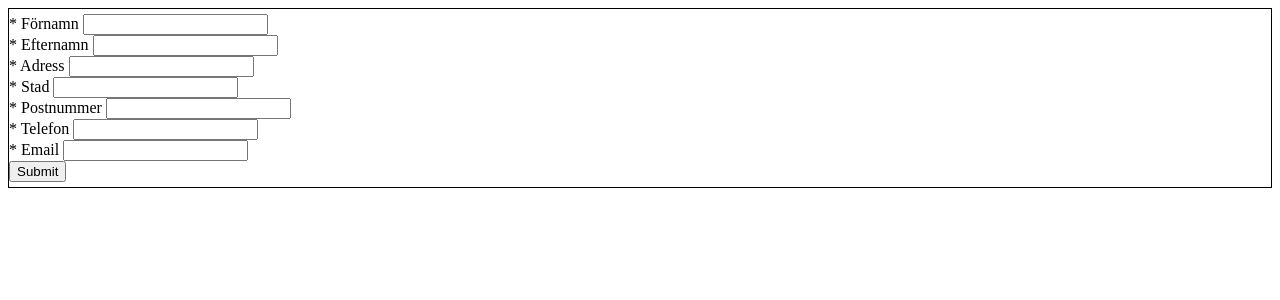
Repository: la222tc/1DV404_HT14_D_4_la222tc
Page: Iteration 1/index.html
The author's editor kept a record of every edit. The page is drawn from the files as they stood at one moment, then again after the next edit.
The browser window is 1280 px wide. The pictures show the whole page.

Above is the page before.

### Iteration 1/index.html
<!DOCTYPE html>
<html lang="sv">
    <head>
        <meta charset="UTF-8">
        <title></title>
       <link rel="stylesheet" href="style.css" type="text/css" />
    </head>
        <body>
            <div id="content">
                <form id="regForm">

                    <label id="labelfName">* Förnamn </label><input type="text" name="fName" id="fName" />
                    <br>
                    <label id="labellName">* Efternamn </label><input type="text" name="lName" id="lName"/>
                    <br>
                    <label id="labeladress">* Adress </label><input type="text" name="Adress" id="adress" />
                    <br>
                    <label id="labelcity">* Stad </label><input type="text" name="Stad" id="city" />
                    <br>
                    <label id="labelzipcode">* Postnummer </label><input type="text" name="Postnummer" id="zipcode" />
                    <br>
                    <label id="labelphone">* Telefon </label><input type="text" name="Telefon" id="phone" />
                    <br>
                    <label id="labelemail">* Email </label><input type="text" name="Email" id="email" />
                    <br>
                    <input type="submit" value="Submit" id="Submit" />
                </form>

            </div>

            <script type="text/javascript" src="js/Main.js"></script>
            <script type="text/javascript" src="js/Registration.js"></script>
            <script type="text/javascript" src="js/Validator.js"></script>
            <script type="text/javascript" src="js/test.js"></script>
        </body>
</html>

### Iteration 1/style.css
#regForm {
    border:1px solid black;
    padding-top:5px;
    padding-bottom:5px;
}

### Iteration 1/js/Main.js
"use strict";


var Main = {

    init:function () {

    }
};

window.onload = Main.init;

### Iteration 1/js/Registration.js
"use strict";


var Registration = {

    submit: document.getElementById("Submit"),

    init:function () {

        Registration.submit.addEventListener("click", function (e) {
            e.preventDefault();
            Registration.validateInput();
        });
    },

    validateInput:function () {

        var firstName = document.getElementById("fName");
        Validator.validateFirstName(firstName.value);

        var lastName = document.getElementById("lName");
        Validator.validateLastName(lastName.value);

        var adress = document.getElementById("adress");
        Validator.validateAdress(adress.value);

        var city = document.getElementById("city");
        Validator.validateCity(city.value);

        var zipcode = document.getElementById("zipcode");
        Validator.validateZipcode(zipcode.value);

        var phone = document.getElementById("phone");
        Validator.validatePhone(phone.value);

        var email = document.getElementById("email");
        Validator.validateEmail(email.value);

    }


};

### Iteration 1/js/Validator.js
"use strict";


var Validator = {


    validateFirstName: function (Name) {
        var labelfName = document.getElementById("labelfName");

        var regex = /^[a-zA-Z ]{2,30}$/;

        if (regex.test(Name)) {
            labelfName.style.color = "green";
            labelfName.innerHTML = "* Förnamn ";
            console.log("Förnamn Rätt");
        }

        else {
             labelfName.style.color = "red"
             labelfName.innerHTML = "* Förnamn (Måste innehålla 2-30 bokstäver!)"
            console.log("Förnamn Fel!");
        }
    },

    validateLastName: function (Name) {
        var labellName = document.getElementById("labellName");

        var regex = /^[a-zA-Z ]{2,30}$/;

        if (regex.test(Name)) {
            labellName.style.color = "green";
            labellName.innerHTML = "* Efternamn ";
            console.log("Efternamn Rätt");
        }

        else {
             labellName.style.color = "red";
             labellName.innerHTML = "* Efternamn (Måste innehålla 2-30 bokstäver!)";
             console.log("Efternamn Fel!");
        }
    },

    validateAdress: function (Adress) {
        var labeladress = document.getElementById("labeladress");

        var regex = /^[a-zA-Z0-9 ]{2,50}$/;

        if (regex.test(Adress)) {
            labeladress.style.color = "green";
            labeladress.innerHTML = "* Adress ";
            console.log("Adress Rätt");
        }

        else {
             labeladress.style.color = "red";
             labeladress.innerHTML = "* Adress (Måste innehålla 2-50 bokstäver eller siffror!)";
             console.log("Adress Fel!");
        }
    },

    validateCity: function (City) {
        var labelcity = document.getElementById("labelcity");

        var regex = /^[a-zA-Z ]{2,30}$/;

        if (regex.test(City)) {
            labelcity.style.color = "green";
            labelcity.innerHTML = "* Stad ";
            console.log("Stad Rätt");
        }

        else {
             labelcity.style.color = "red";
             labelcity.innerHTML = "* Stad (Måste innehålla 2-30 bokstäver!)";
             console.log("Stad Fel!");
        }
    },

    validateZipcode: function (Zipcode) {
        var labelzipcode = document.getElementById("labelzipcode");

        var regex = /^[0-9 ]{5}$/;

        if (regex.test(Zipcode)) {
            labelzipcode.style.color = "green";
            labelzipcode.innerHTML = "* Postnummer ";
            console.log("Postnummer Rätt");
        }

        else {
             labelzipcode.style.color = "red";
             labelzipcode.innerHTML = "* Postnummer (Måste innehålla 5 siffror!)";
             console.log("Postnummer Fel!");
        }
    },

    validatePhone: function (Phone) {
        var labelphone = document.getElementById("labelphone");

        var regex = /^[0-9 ]{9,20}$/;

        if (regex.test(Phone)) {
            labelphone.style.color = "green";
            labelphone.innerHTML = "* Telefon ";
            console.log("Telefon Rätt");
        }

        else {
             labelphone.style.color = "red";
             labelphone.innerHTML = "* Telefon (Måste innehålla minst 9 siffror!)";
             console.log("Telefon Fel!");
        }
    },

    validateEmail: function (Email) {
        var labelemail = document.getElementById("labelemail");

        var regex = /^[_a-z0-9-]+(\.[_a-z0-9-]+)*@[a-z0-9-]+(\.[a-z0-9-]+)*(\.[a-z]{2,4})$/;

        if (regex.test(Email)) {
            labelemail.style.color = "green";
            labelemail.innerHTML = "* Email ";
            console.log("Email Rätt");
        }

        else {
             labelemail.style.color = "red";
             labelemail.innerHTML = "* Email (Skriv in en korrekt email-adress!)";
             console.log("Email Fel!");
        }
    }
};

### Iteration 1/js/test.js
"use strict";

var test = {

    testingValidator: function () {
        Validator.validateFirstName("Linus");
        Validator.validateFirstName("L");

        Validator.validateLastName("Anderson");
        Validator.validateLastName("A");

        Validator.validateAdress("Hejhoppvagen 22");
        Validator.validateAdress("a");

        Validator.validateCity("Kalmar");
        Validator.validateCity("K");

        Validator.validateZipcode("12345");
        Validator.validateZipcode("123");

        Validator.validatePhone("0725555555");
        Validator.validatePhone("07255");

        Validator.validateEmail("la222tc@student.se");
        Validator.validateEmail("la222tc.student.se");

    }
};

After the next edit:
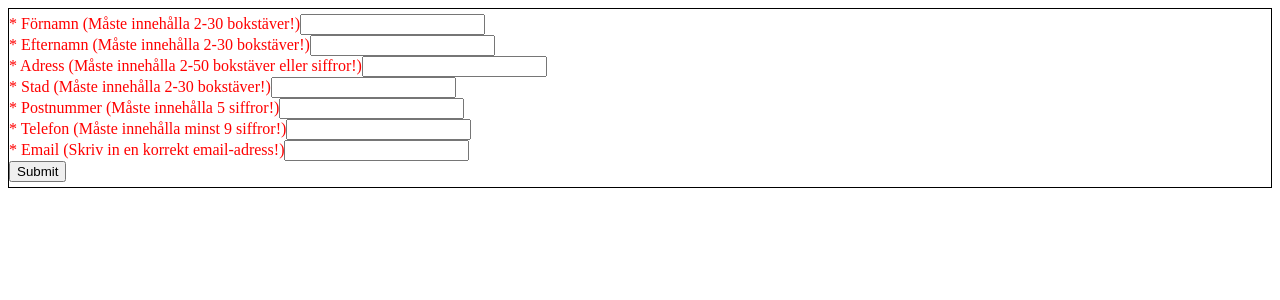
The edit:
--- a/Iteration 1/js/Main.js
+++ b/Iteration 1/js/Main.js
@@ -4,7 +4,8 @@
 var Main = {
 
     init:function () {
-
+        //Registration.init();
+        test.testingValidator();
     }
 };
 
